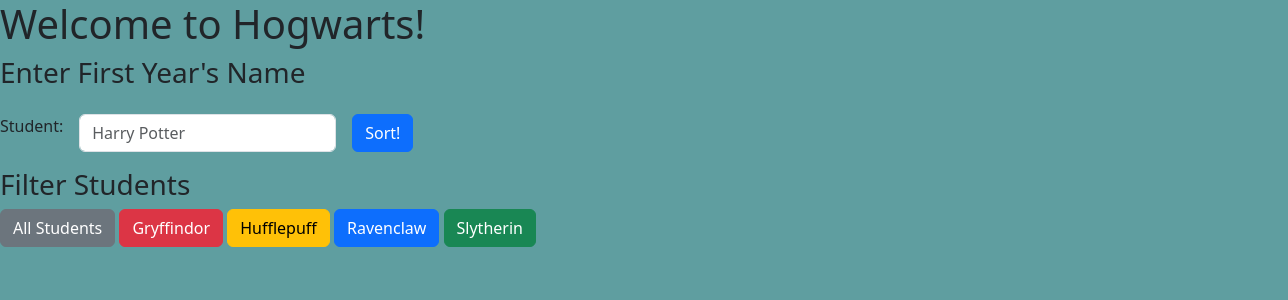
Repository: noahcallen/INDIVIDUAL-PROJECT-sorting-hat
Page: index.html
These files come from the project's save history. The page is drawn as it stood at one moment and after the next save; the edit follows.
The browser window is 1280 px wide. The page is 1288 px wide, so the pictures cover 1288 px, including what lies to the right of the window. The pictures show the whole page.

Above is the page before, as saved 2024-07-27 11:12:23.

### index.html
<!DOCTYPE html>
<html lang="en">
<head>
  <meta charset="UTF-8">
  <meta name="viewport" content="width=device-width, initial-scale=1.0">
  <title>Sorting Hat</title>
  <link href="https://cdn.jsdelivr.net/npm/bootstrap@5.3.3/dist/css/bootstrap.min.css" rel="stylesheet" integrity="sha384-QWTKZyjpPEjISv5WaRU9OFeRpok6YctnYmDr5pNlyT2bRjXh0JMhjY6hW+ALEwIH" crossorigin="anonymous">
  <link href="main.css" rel="stylesheet">
</head>
<body>
  <h1 class="welcome">Welcome to Hogwarts!</h1>
  <div class="form-sort">
    <form class="row g-3">
      <h3 id="enter-name">Enter First Year's Name</h3>
      <div class="col-auto">
        <p id="student-form-prompt">Student:</p>
      </div>
      <div class="col-auto">
        <label for="student-input" class="visually-hidden">Student Name</label>
        <input type="name" class="form-control" id="student-name" placeholder="Harry Potter">
      </div>
      <div class="col-auto">
        <button type="submit" class="btn btn-primary mb-3">Sort!</button>
      </div>
    </form>
  </div>

  <div class="sort-btn">
    <h3>Filter Students</h3>
    <button class="btn btn-secondary" id="show-btn">All Students</button>
    <button class="btn btn-danger" id="gryf">Gryffindor</button>
    <button class="btn btn-warning" id="huff">Hufflepuff</button>
    <button class="btn btn-primary" id="rave">Ravenclaw</button>
    <button class="btn btn-success" id="slyth">Slytherin</button>
  </div>

  <script src="https://cdn.jsdelivr.net/npm/bootstrap@5.3.3/dist/js/bootstrap.bundle.min.js" integrity="sha384-YvpcrYf0tY3lHB60NNkmXc5s9fDVZLESaAA55NDzOxhy9GkcIdslK1eN7N6jIeHz" crossorigin="anonymous"></script>
  <script src="main.js"></script>
</body>
</html>

### main.css
body {
  background-color: cadetblue !important;
}

Loaded but not shown: main.js (no copy from this time; the picture is the same without it)

After the next save:
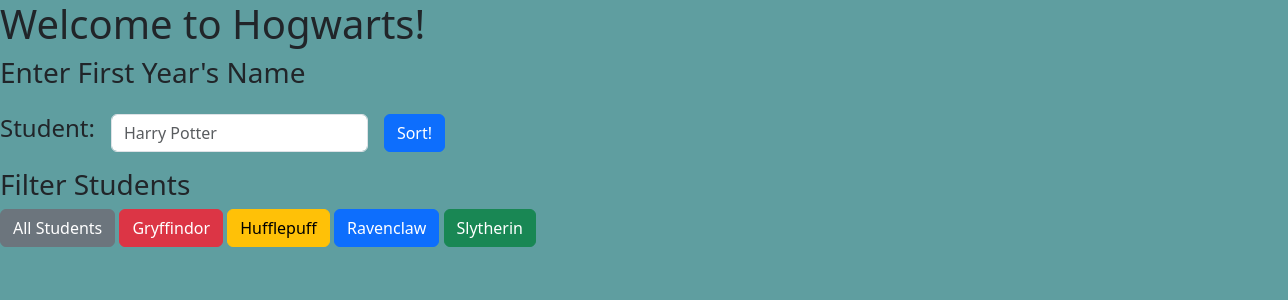
Saved 7 min 36 s later.
--- a/index.html
+++ b/index.html
@@ -13,7 +13,7 @@
     <form class="row g-3">
       <h3 id="enter-name">Enter First Year's Name</h3>
       <div class="col-auto">
-        <p id="student-form-prompt">Student:</p>
+        <h4 id="student-form-prompt">Student:</h4>
       </div>
       <div class="col-auto">
         <label for="student-input" class="visually-hidden">Student Name</label>
